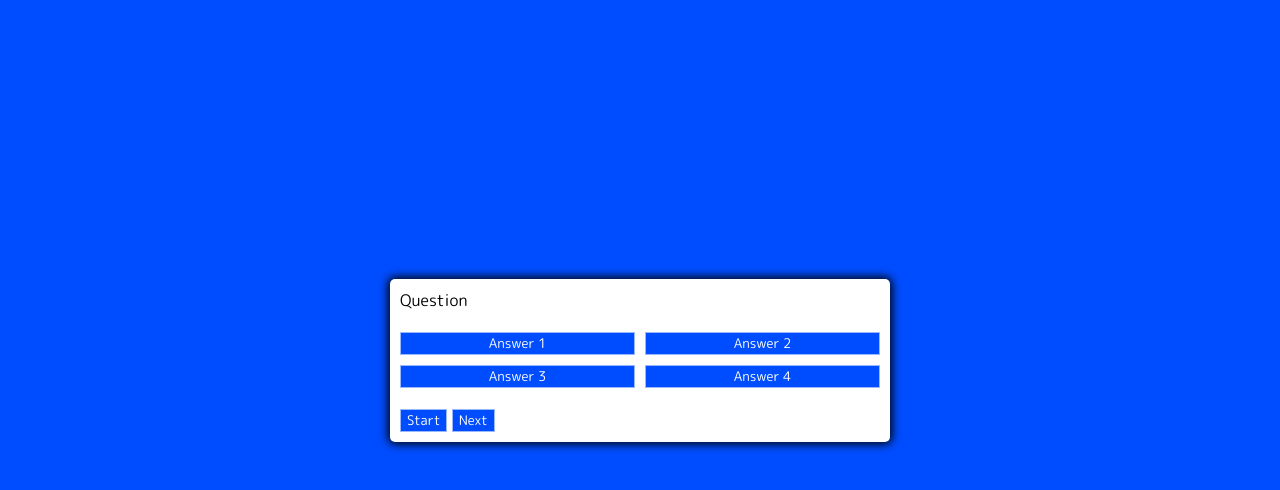
Repository: spidero7/Star-Wars_Quiz-Game
Page: index.html
An editor plug-in stored every save of this project. The page is shown before and after the next save, followed by the edit.
The browser window is 1280 px wide. The pictures show the whole page.

Above is the page before, as saved 2021-08-29 08:06:02.

After the next save:
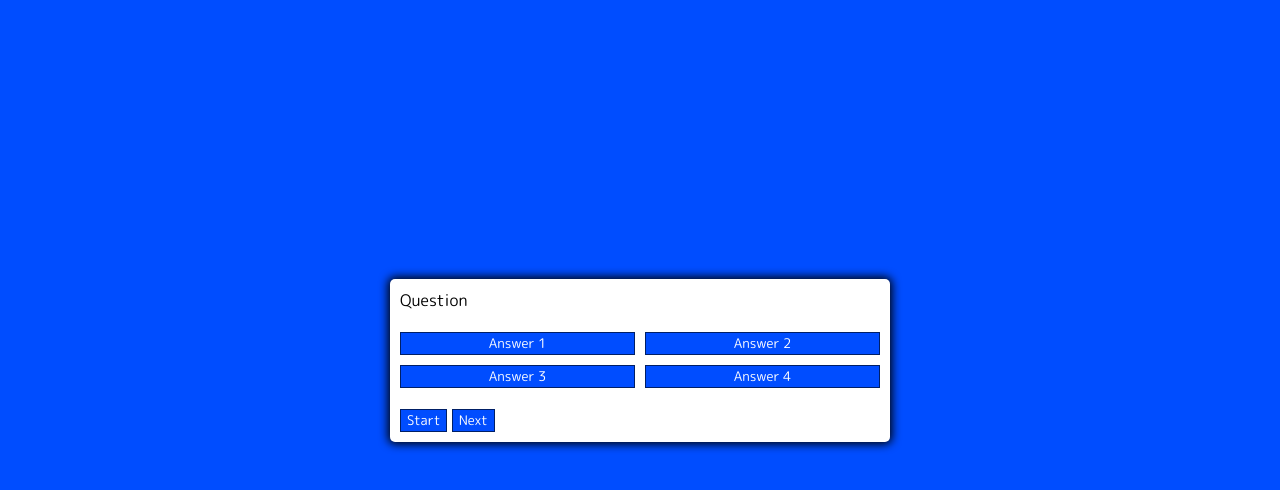
Saved 12 s later.
--- a/style.css
+++ b/style.css
@@ -48,6 +48,6 @@ body.wrong {
 .btn {
     --hue: var(--hue-normal);
     background-color: hsl(var(--hue), 100%, 50%);
-    border: 1px solid hsl(var(--hue), 100%, 80%);
+    border: 1px solid hsl(var(--hue), 100%, 20%);
     color: white;
 }
